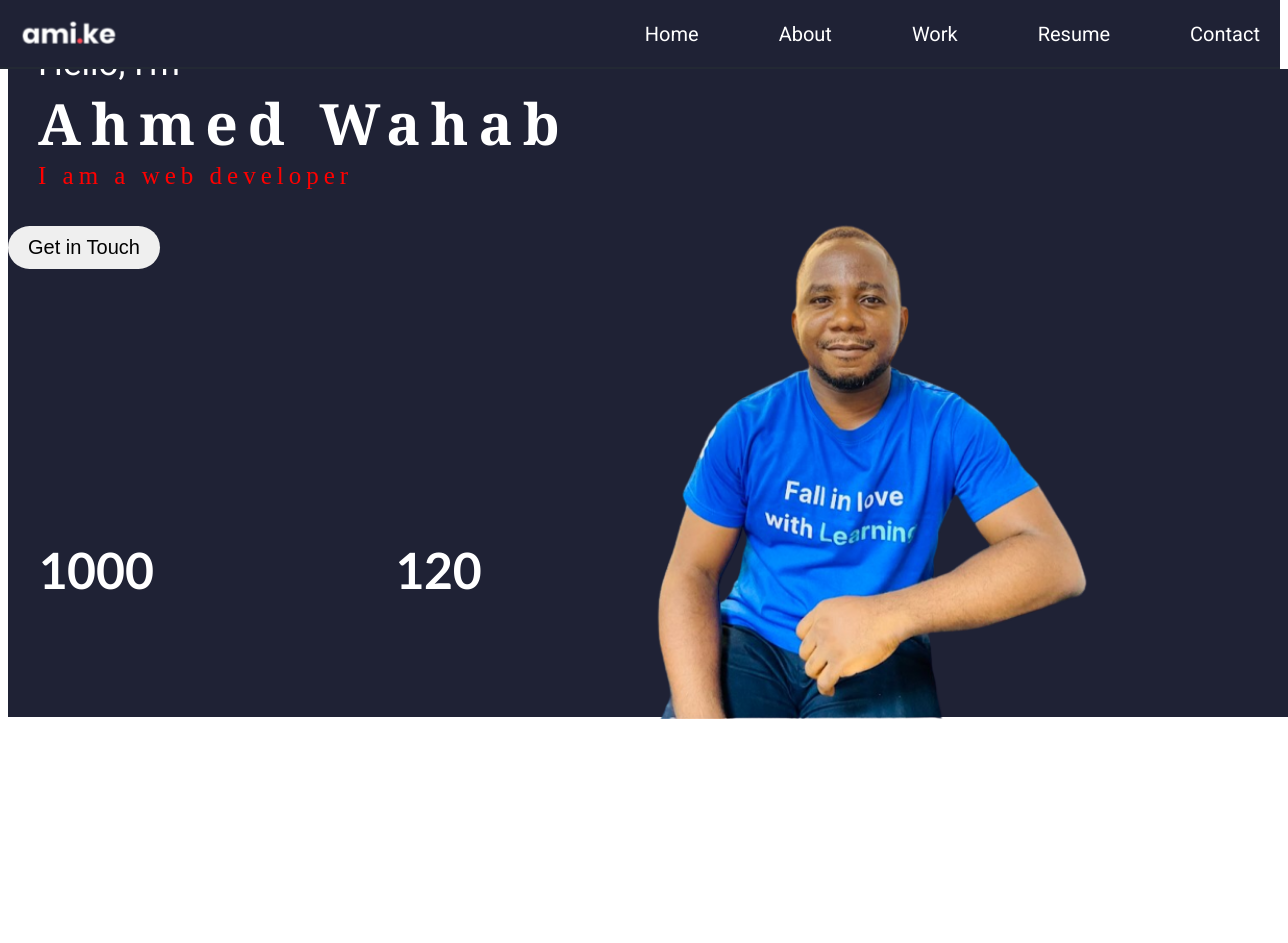
Repository: imokha01/HTML
Page: index.html
The author's editor kept a copy of each file at every save. The page is drawn from the files as they stood at one save, then again after a run of saves.
The browser window is 1280 px wide. The page is 1288 px wide, so the pictures cover 1288 px, including what lies to the right of the window. The pictures show the whole page.

Above is the page before, as saved 2023-11-27 23:21:07.

After the next 2 saves:
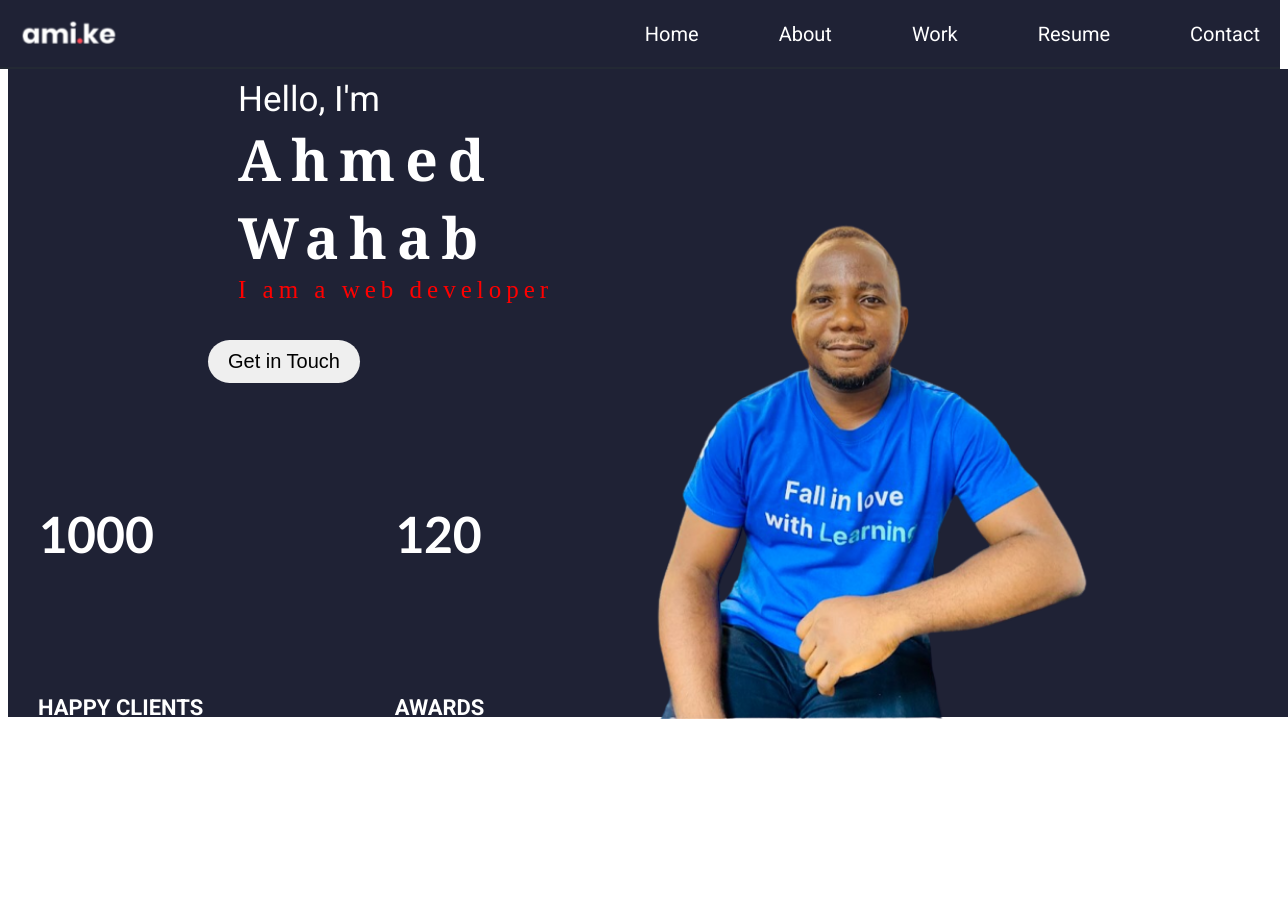
The 2 saves are shown as one change because they came seconds apart.
The last was saved 8 s later.
--- a/index.css
+++ b/index.css
@@ -82,7 +82,7 @@ li > a {
   flex-direction: column;
   align-items: flex-start;
   justify-content: center;
-  margin: 200px 0 ;
+  margin: 200px 0 50px 200px;
 }
 
 h1,
